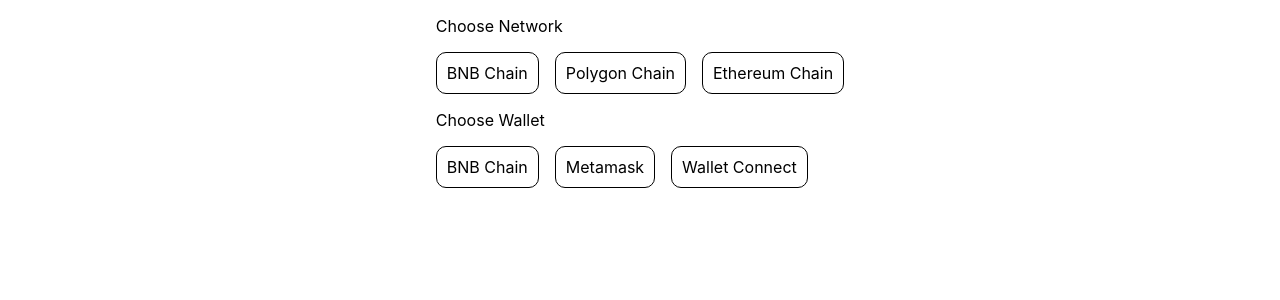
Repository: m-ahmadshaikh/Wallet-Connect
Page: /
These files come from the project's save history. The page is drawn as it stood at one moment and after the next save; the edit follows.
The browser window is 1280 px wide. The pictures show the whole page.
The project was rebuilt for these pictures with package versions that can differ from the ones it lists, and the page was loaded fresh each time.

Above is the page before, as saved 2023-01-19 18:03:16.

After the next save:
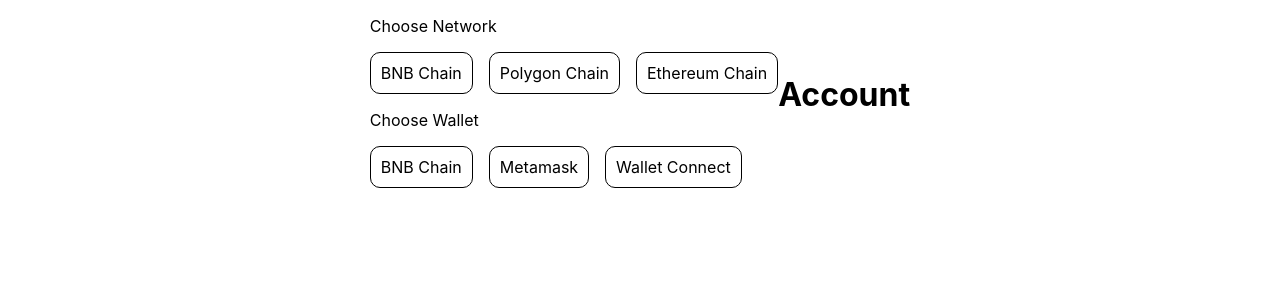
Saved 6 s later.
--- a/src/App.js
+++ b/src/App.js
@@ -19,7 +19,7 @@
       </div>
       </div>
       <div>
-
+        <h1>Account</h1>
       </div>
     </div>
   );
